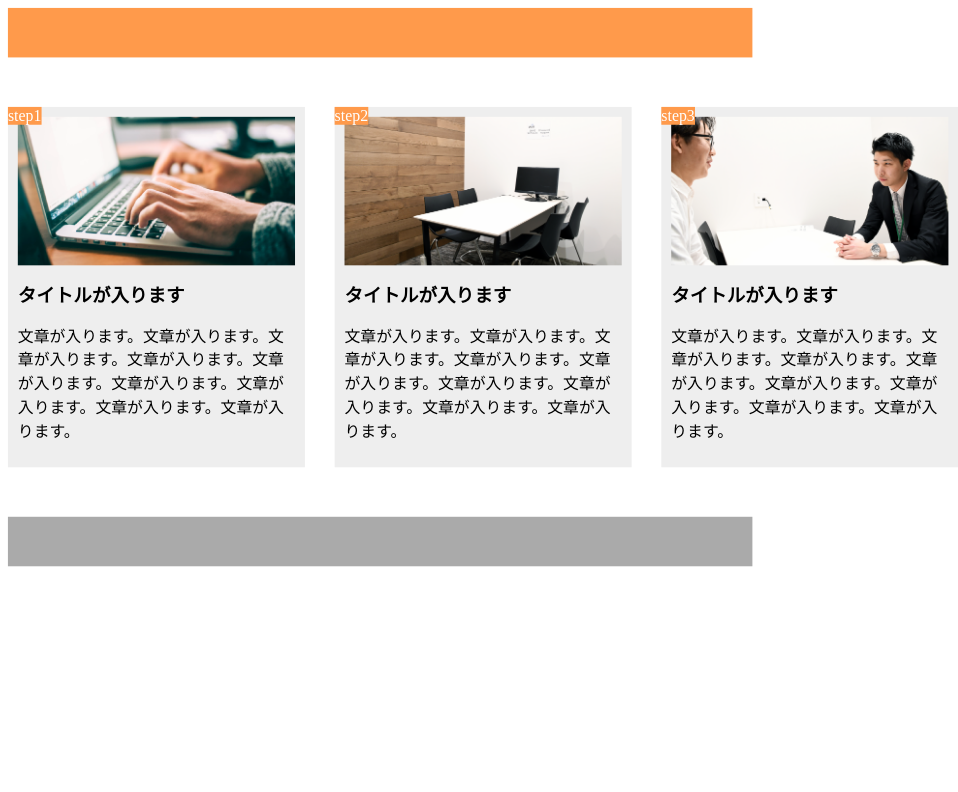
Repository: YasuyoshiSakai/kadai1
Page: kadai/kadai.html
The author's editor kept a record of every edit. The page is drawn from the files as they stood at one moment, then again after the next edit.
The browser window is 768 px wide. The page is 968 px wide, then 768 px, so the pictures cover 968 px, including what lies to the right of the window. The pictures show the whole page, at 99% of full size.

Above is the page before.

After the next edit:
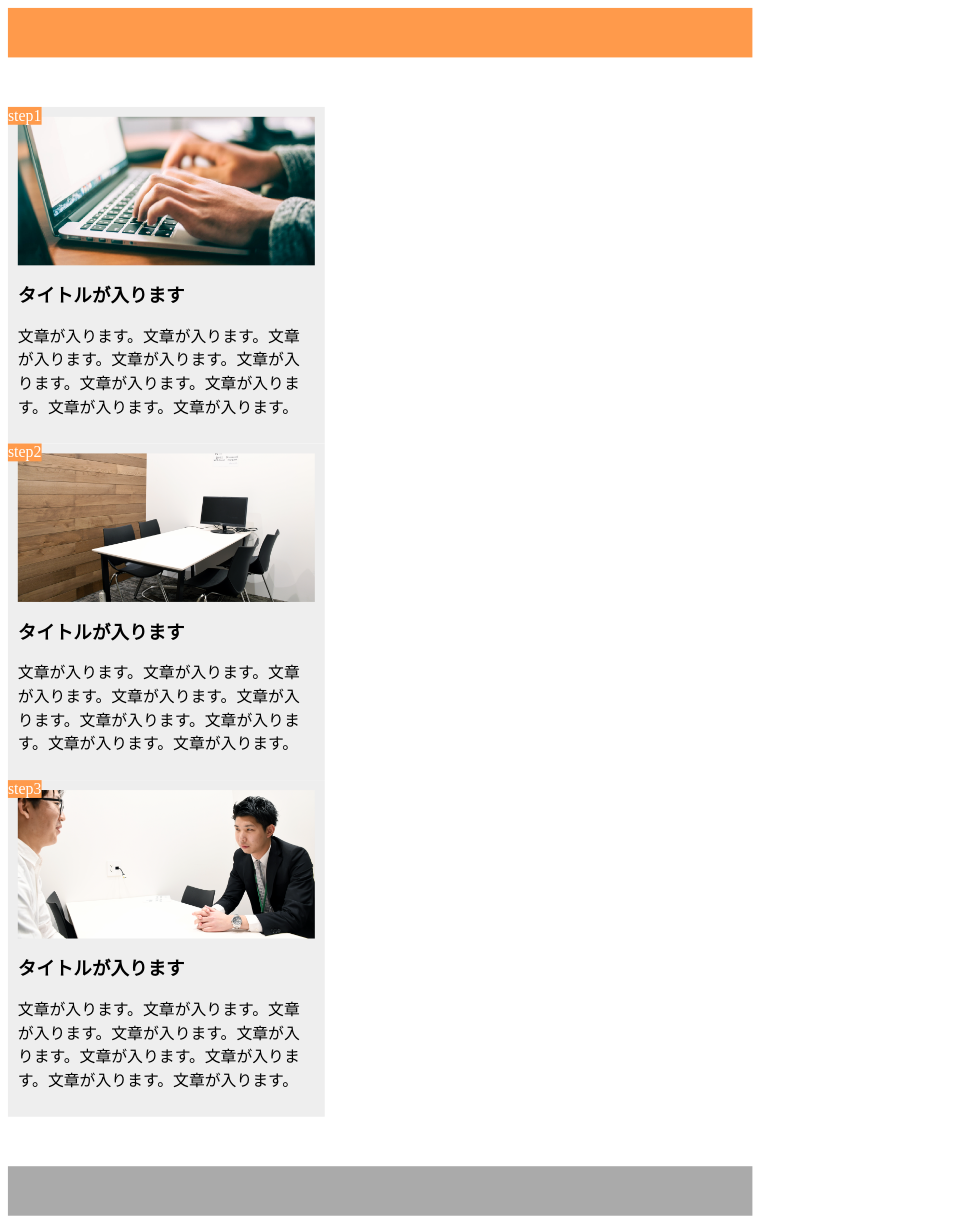
The edit:
--- a/kadai/kadai.css
+++ b/kadai/kadai.css
@@ -66,8 +66,8 @@
 }
 
 @media screen and (max-width: 768px) {
-  セレクタ {
-  width: 768px;
+  main {
+  width: 100%;
   margin: 50px auto;
   display: block;
 }
